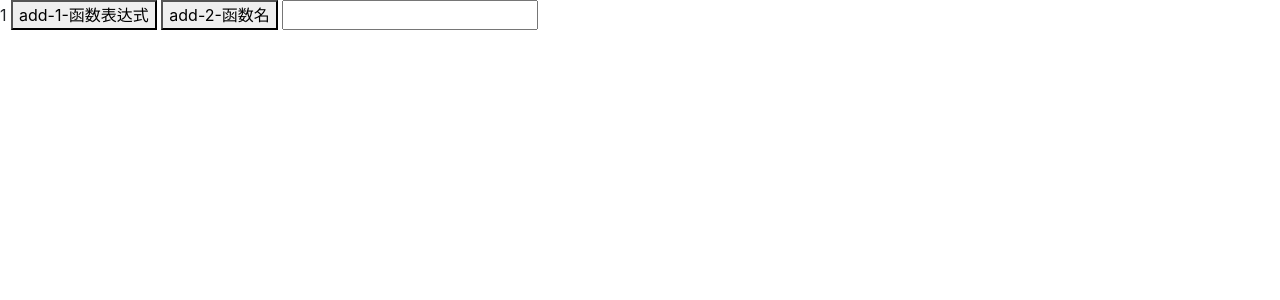
Repository: zenghao518518/Vue
Page: 5-事件处理器/01-事件处理.html
These files come from the project's save history. The page is drawn as it stood at one moment and after the next save; the edit follows.
The browser window is 1280 px wide. The pictures show the whole page.

Above is the page before, as saved 2023-08-15 17:23:35.

After the next save:
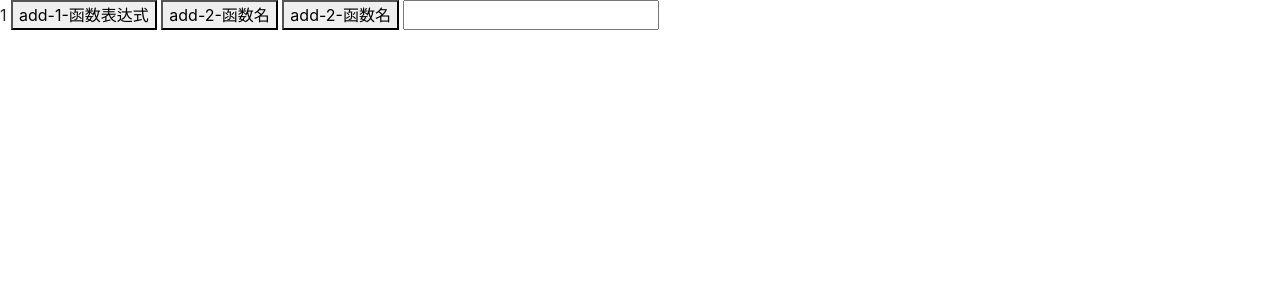
Saved 3 min 27 s later.
--- a/5-事件处理器/01-事件处理.html
+++ b/5-事件处理器/01-事件处理.html
@@ -17,6 +17,7 @@
        {{count}}
        <button @click="handleAdd1($event,1,2,3)">add-1-函数表达式</button>
        <button @click="handleAdd2">add-2-函数名</button>
+       <button @click="count++">add-2-函数名</button>
 
        <input type="text" @input="handleInput"/>
     </div>
